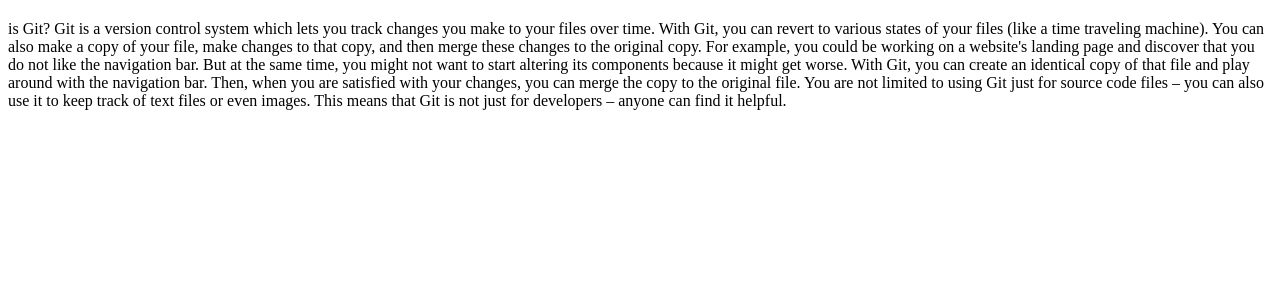
Repository: dev-singh-kanyal/Archive-git_github
Page: index.html
An editor plug-in stored every save of this project. The page is shown before and after a run of saves, followed by the edit.
The browser window is 1280 px wide. The pictures show the whole page.

Above is the page before, as saved 2022-06-24 15:02:34.

After the next 3 saves:
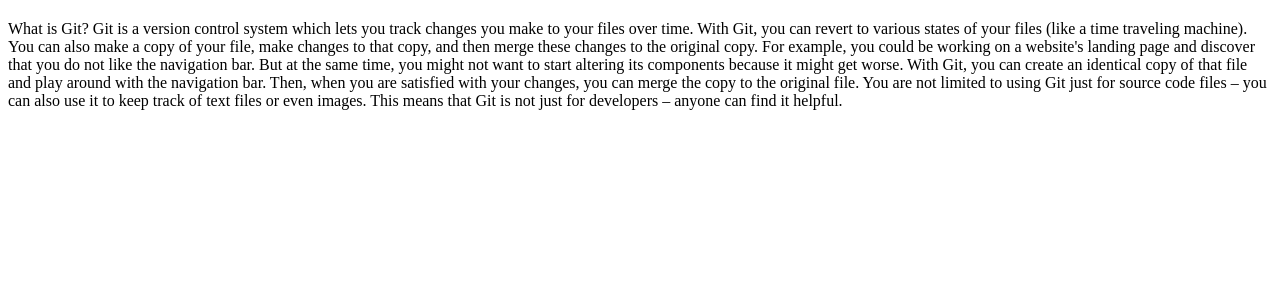
The 3 saves are shown as one change because they came seconds apart.
The last was saved 11 s later.
--- a/index.html
+++ b/index.html
@@ -7,7 +7,7 @@
     <title>Git and GitHub</title>
 </head>
 <body>
-<h2></h2> is Git?
+<h2></h2>What is Git?
 Git is a version control system which lets you track changes you make to your files over time. With Git, you can revert to various states of your files (like a time traveling machine). You can also make a copy of your file, make changes to that copy, and then merge these changes to the original copy.
 
 For example, you could be working on a website's landing page and discover that you do not like the navigation bar. But at the same time, you might not want to start altering its components because it might get worse.
